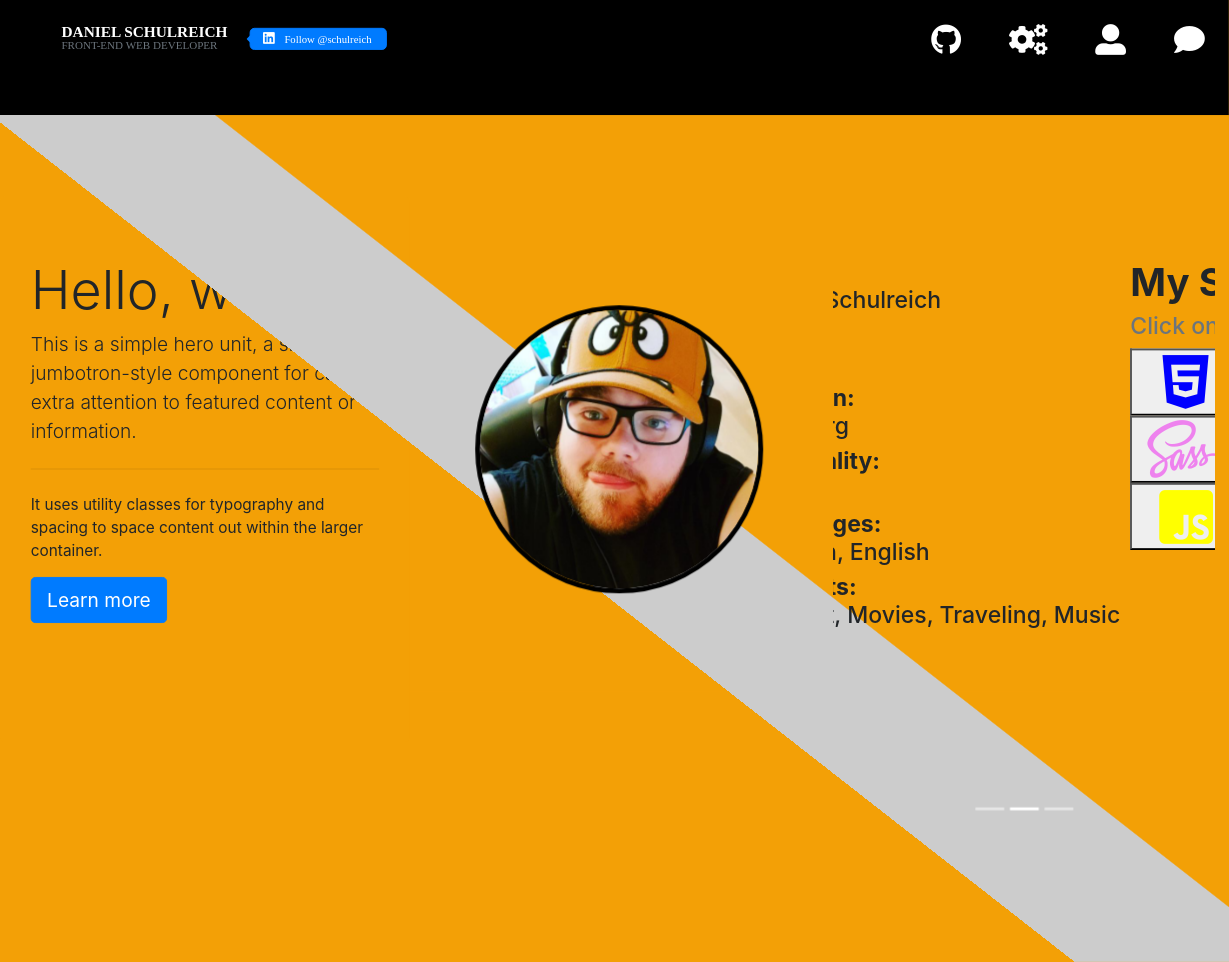
Repository: schulreich/my_portfolio
Page: portfolio.html
The author's editor kept a copy of each file at every save. The page is drawn from the files as they stood at one save, then again after the next save.
The browser window is 1280 px wide. The pictures show the whole page, at 96% of full size.
Some web fonts or font styles are not loaded; a fallback is used. Some web libraries are served in a nearby version.

Above is the page before, as saved 2020-06-17 22:40:48.

### portfolio.html
<!DOCTYPE html>
<html lang="en">
<head>
    <meta charset="UTF-8">
    <meta name="viewport" content="width=device-width, initial-scale=1.0">
    <meta http-equiv="X-UA-Compatible" content="ie=edge">
    <link rel="stylesheet" href="https://stackpath.bootstrapcdn.com/bootstrap/4.1.3/css/bootstrap.min.css" integrity="sha384-MCw98/SFnGE8fJT3GXwEOngsV7Zt27NXFoaoApmYm81iuXoPkFOJwJ8ERdknLPMO" crossorigin="anonymous">
    <link rel="stylesheet" href="css/main.css">
    <link rel="stylesheet" href="https://use.fontawesome.com/releases/v5.5.0/css/all.css" integrity="sha384-B4dIYHKNBt8Bc12p+WXckhzcICo0wtJAoU8YZTY5qE0Id1GSseTk6S+L3BlXeVIU" crossorigin="anonymous">

    <title>Document</title>
</head>
<body>
    <header>
        <div class="row">
            <div class="name">DANIEL SCHULREICH</div>
            <div class="title text-muted"><small>FRONT-END WEB DEVELOPER</small></div>
            <a class="btn btn-primary btn-sm follow d-none d-lg-block" href="https://www.linkedin.com/in/daniel-schulreich-a5347617b/" target="_blank" role="button"><i class="fab fa-linkedin "></i><i class="fas fa-arrow-left arrow-left text-primary"></i><small>Follow @schulreich</small></a>

            <div class="nav">
                    <ul>
                        <li class="home"><i class="fab fa-github fa-2x nav-icon"></i><a href="https://github.com/schulreich" target="_blank">GitHub</a>
                        </li>
                        <li class="about"><i class="fas fa-cogs fa-2x nav-icon"></i><a href="skills">Skills</a>
                        </li>
                        <li class="code"><i class="fas fa-user-alt fa-2x nav-icon"></i><a href="#about">About</a>
                        </li>
                        <li class="contact"><i class="icon fa fa-comment fa-2x nav-icon"></i><a href="#contact">Contact</a>
                        </li>
                    </ul>
                </div>


        </div>
    </header>

    <section class="project-modal">

    <div class="modal fade bd-example-modal-lg" tabindex="-1" role="dialog" aria-labelledby="myLargeModalLabel" aria-hidden="true">
            <div class="modal-dialog modal-lg">
              <div class="modal-content">
                <div class="modal-header">
                  <h5 class="modal-title" id="exampleModalLabel"><strong>JavaScript Boardgame</strong></h5>
                  <button type="button" class="close" data-dismiss="modal" aria-label="Close">
                    <span aria-hidden="true">&times;</span>
                  </button>
                </div>
                <div class="modal-body modal-align">
                    <img class="modal-img" src="images/boardgame.png" alt="">
                </div>
                <div class="modal-footer">
                  <button type="button" class="btn btn-secondary" data-dismiss="modal">Open Website</button>
                  <a href="" class="btn btn-primary btn-lg active" role="button" aria-pressed="true">Primary link</a>
                </div>
              </div>
            </div>
          </div>

          <div class="modal fade bd-cards-example-modal-lg" tabindex="-1" role="dialog" aria-labelledby="myLargeModalLabel" aria-hidden="true">
                <div class="modal-dialog modal-lg">
                  <div class="modal-content">
                    <div class="modal-header">
                      <h5 class="modal-title" id="exampleModalLabel"><strong>Bootstrap Moviefestival website</strong></h5>
                      <button type="button" class="close" data-dismiss="modal" aria-label="Close">
                        <span aria-hidden="true">&times;</span>
                      </button>
                    </div>
                    <div class="modal-body modal-align">
                        <img class="modal-img" src="images/moviefestival.png" alt="">
                    </div>
                    <div class="modal-footer">
                      <a href="https://schulreich.github.io/project-movie-festival/" target="_blank" class="btn btn-primary btn-lg active" role="button" aria-pressed="true">Primary link</a>
                      <button type="button" class="btn btn-secondary" data-dismiss="modal">Close</button>
                    </div>
                  </div>
                </div>
              </div>


              <div class="modal fade bd-grid-example-modal-lg" tabindex="-1" role="dialog" aria-labelledby="myLargeModalLabel" aria-hidden="true">
                    <div class="modal-dialog modal-lg">
                      <div class="modal-content">
                        <div class="modal-header">
                          <h5 class="modal-title" id="exampleModalLabel"><strong>React Restaurant review website</strong></h5>
                          <button type="button" class="close" data-dismiss="modal" aria-label="Close">
                            <span aria-hidden="true">&times;</span>
                          </button>
                        </div>
                        <div class="modal-body modal-align">
                            <img class="modal-img" src="images/restaurantreview.png" alt="">
                        </div>
                        <div class="modal-footer">
                          <button type="button" class="btn btn-secondary" data-dismiss="modal">Open Website</button>
                          <button type="button" class="btn btn-primary">Open GitHub</button>
                        </div>
                      </div>
                    </div>
                  </div>


          <div class="modal fade bd-register-example-modal-lg" tabindex="-1" role="dialog" aria-labelledby="myLargeModalLabel" aria-hidden="true">
                <div class="modal-dialog modal-lg">
                  <div class="modal-content">
                    <div class="modal-header">
                      <h5 class="modal-title" id="exampleModalLabel"><strong>#Register</strong></h5>
                      <button type="button" class="close" data-dismiss="modal" aria-label="Close">
                        <span aria-hidden="true">&times;</span>
                      </button>
                    </div>
                    <div class="modal-body modal-align">
                        <img class="modal-img" src="images/thumbnail-4.png" alt="">
                    </div>
                    <div class="modal-footer">
                      <button type="button" class="btn btn-secondary" data-dismiss="modal">Open Website</button>
                      <button type="button" class="btn btn-primary">Open GitHub</button>
                    </div>
                  </div>
                </div>
              </div>

    </section>

    <section class="skill-modal">

    <section class="container-fluid intro-section">

        <div class="row">
             <div class="intro col-lg-4 col-md-5 jumbotron">
                <h1 class="display-4">Hello, world!</h1>
                     <p class="lead">This is a simple hero unit, a simple jumbotron-style component for calling extra attention to featured content or information.</p>
                <hr class="my-4">
                     <p>It uses utility classes for typography and spacing to space content out within the larger container.</p>
                            <a class="btn btn-primary btn-lg" href="#" role="button">Learn more</a>
          </div>


          <div class="col-lg-4 d-none d-lg-block move">
              <img class="skew" src="https://dummyimage.com/200x753/000/000" alt="">
              <img class="rounded-circle " src="images/test.jpeg" alt="">
          </div>

<aside id="carouselExampleIndicators" class="col-lg-4 personal-information carousel slide" data-ride="carousel">
        <ol class="carousel-indicators">
                <li data-target="#carouselExampleIndicators" data-slide-to="0" class="active"></li>
                <li data-target="#carouselExampleIndicators" data-slide-to="1"></li>
                <li data-target="#carouselExampleIndicators" data-slide-to="2"></li>
              </ol>
    <div class="carousel-inner">
        <div class="carousel-item active">
              <h4><strong>Name:</strong> <br> Daniel Schulreich</h4>
              <h4><strong>Age:</strong> <br> 32</h4>
              <h4><strong>Location:</strong> <br> Duisburg</h4>
              <h4><strong>Nationality:</strong> <br> Austria</h4>
              <h4><strong>Languages:</strong> <br> German, English</h4>
              <h4><strong>Interests:</strong> <br> E-Sport, Movies, Traveling, Music</h4>
        </div>
        <div class="carousel-item">
            <aside class="skills"> <!-- text-center -->
              <h1><strong>My Skills</strong></h1>
              <h4 class="text-muted">Click on Icons for more Details</h4>
              <div class="y">
                <!--  justify-content-center -->
                <div class="row">
                  <div class="col-lg-4"><button class="skill-button"><i class="fab fa-html5 fa-4x" ></i></button></div>
                  <div class="col-lg-4"><button class="skill-button"><i class="fab fa-css3-alt fa-4x"></i></button></div>
                </div>
                <div class="row">
                  <div class="col-lg-4"><button class="skill-button"><i class="fab fa-sass fa-4x"></i></button></div>
                    <div class="col-lg-4"><button class="skill-button"><i class="fab fa-react fa-4x"></i></button></div>
                </div>
                <div class="row">
                  <div class="col-lg-4"><button class="skill-button"><i class="fab fa-js-square fa-4x"></i></button></div>
                  <div class="col-lg-4"></div>
                </div>
              </div>
            </aside>
        </div>
        <div class="carousel-item">
            <aside class="projects">
                <h1>Projects</h1>
                <h4 class="text-muted">Select Thumbnail</h4>

                <img src="images/boardgame.png" class="img-thumbnail thumbnail" data-toggle="modal" data-target=".bd-example-modal-lg" alt="...">
                <img src="images/moviefestival.png" class="img-thumbnail thumbnail" data-toggle="modal" data-target=".bd-cards-example-modal-lg" alt="..."> <br>
                <img src="images/restaurantreview.png" class="img-thumbnail thumbnail" data-toggle="modal" data-target=".bd-grid-example-modal-lg" alt="...">
                <img src="images/thumbnail-4.png" class="img-thumbnail thumbnail" data-toggle="modal" data-target=".bd-register-example-modal-lg" alt="...">
            </aside>
        </div>
    </div>
</aside>

    </div>

    </section>









    <script src="https://code.jquery.com/jquery-3.3.1.slim.min.js" integrity="sha384-q8i/X+965DzO0rT7abK41JStQIAqVgRVzpbzo5smXKp4YfRvH+8abtTE1Pi6jizo" crossorigin="anonymous"></script>
<script src="https://cdnjs.cloudflare.com/ajax/libs/popper.js/1.14.3/umd/popper.min.js" integrity="sha384-ZMP7rVo3mIykV+2+9J3UJ46jBk0WLaUAdn689aCwoqbBJiSnjAK/l8WvCWPIPm49" crossorigin="anonymous"></script>
<script src="https://stackpath.bootstrapcdn.com/bootstrap/4.1.3/js/bootstrap.min.js" integrity="sha384-ChfqqxuZUCnJSK3+MXmPNIyE6ZbWh2IMqE241rYiqJxyMiZ6OW/JmZQ5stwEULTy" crossorigin="anonymous"></script>
</body>
</html>

### css/main.css
@import url("https://fonts.googleapis.com/css?family=Coda");
@keyframes mymove {
  0% {
    left: 16%;
  }
  100% {
    left: 25%;
  }
}
@keyframes myskew {
  0% {
    transform: skew(52deg);
  }
  100% {
    transform: skew(0deg);
  }
}
@keyframes myfade {
  0% {
    opacity: 0;
  }
  25% {
    opacity: 0;
  }
  50% {
    opacity: 0.6;
  }
  75% {
    opacity: 0.8;
  }
  100% {
    opacity: 1;
  }
}
body {
  background-color: #f3a006;
}

header {
  background-color: black;
  height: 120px;
  font-family: "Coda";
}
header .name {
  position: absolute;
  left: 5%;
  top: 3%;
  color: white;
  font-weight: bolder;
}
header .title {
  position: absolute;
  top: 5%;
  left: 5%;
  color: white;
  font-size: 0.9em;
}
header .follow {
  position: absolute;
  left: 260px;
  top: 4%;
  border-radius: 5px;
  padding-top: 0;
  padding-bottom: 0;
  padding-right: 15px;
  padding-left: 3px;
}
header .arrow-left {
  position: absolute;
  left: -10%;
  top: 18%;
}
header .nav-icon {
  color: white;
}
header i {
  padding: 0 10px;
}
header ul {
  list-style-type: none;
}
header .nav ul {
  margin: 0;
  padding: 0;
  position: absolute;
  top: 10px;
  right: 0;
  font-size: 0px;
}
header .nav ul li {
  font-size: 12pt;
  display: inline-block;
  padding: 15px;
  transition: all 0.2s ease-in-out;
}
header .nav ul li a {
  font-family: FontAwesome;
  color: lime;
  font-size: 22pt;
  text-decoration: none;
}
header .nav ul .home .about .code .contact {
  background: black;
}
header .nav ul li i {
  display: block;
}
header .nav ul li a {
  display: none;
}
header .nav ul li:hover i {
  display: none;
}
header .nav ul li:hover a {
  display: block;
}
header .nav a:hover {
  color: lime;
}

.modal-img {
  width: 600px;
}

.modal-align {
  padding-left: 6rem;
}

.modal-header {
  background-color: #f3a006;
}

.modal-body {
  background-color: black;
}

.intro-section {
  background-color: #f3a006;
  /*}
  .rounded-circle:hover{
      left: 25%;
      transition: 2s left;
  }*/
}
.intro-section .intro {
  background-color: #f3a006;
  top: 85px;
}
.intro-section .skew {
  transform: skew(52deg);
  position: absolute;
  height: 147%;
  left: 30%;
  animation: myskew 2s 1 ease;
  animation-fill-mode: forwards;
}
.intro-section .rounded-circle {
  position: absolute;
  border: solid 5px black;
  height: 300px;
  width: 300px;
  left: 16%;
  top: 33%;
  animation: mymove 2s 1 ease;
  animation-fill-mode: forwards;
}
.intro-section .personal-information {
  position: relative;
  top: 150px;
  animation: myfade 5s 1 ease;
  transition-delay: 3s;
}
.intro-section .carousel-inner {
  height: 600px;
}
.intro-section .skill-button {
  width: 115px;
}
.intro-section .fa-html5 {
  color: blue;
}
.intro-section .fa-css3-alt {
  color: pink;
}
.intro-section .fa-sass {
  color: violet;
}
.intro-section .fa-react {
  color: skyblue;
  width: 100px;
}
.intro-section .fa-js-square {
  color: yellow;
  width: 100px;
}
.intro-section .thumbnail {
  width: 200px;
  height: 200px;
}

After the next save:
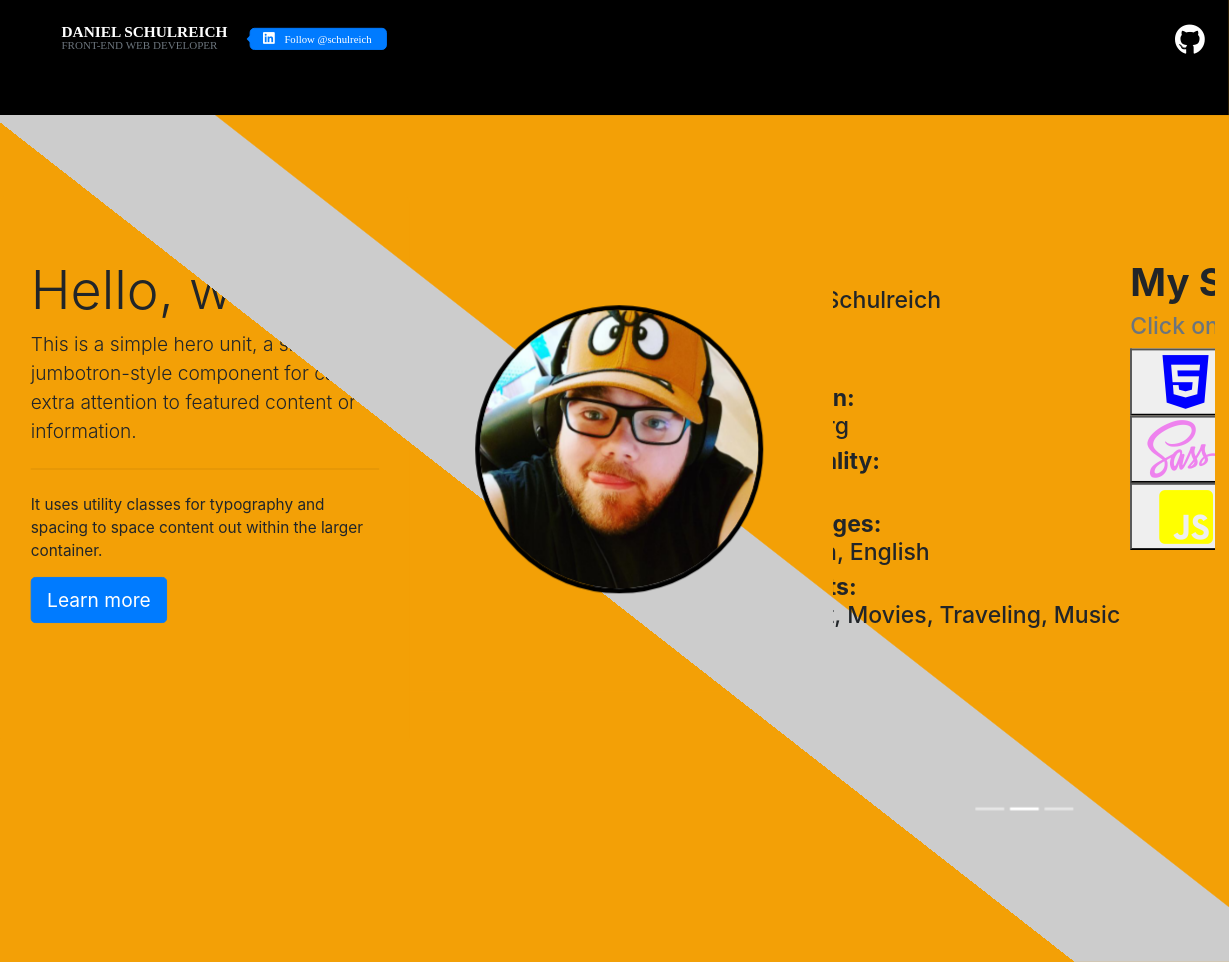
Saved 2 min 9 s later.
--- a/portfolio.html
+++ b/portfolio.html
@@ -20,12 +20,6 @@
             <div class="nav">
                     <ul>
                         <li class="home"><i class="fab fa-github fa-2x nav-icon"></i><a href="https://github.com/schulreich" target="_blank">GitHub</a>
-                        </li>
-                        <li class="about"><i class="fas fa-cogs fa-2x nav-icon"></i><a href="skills">Skills</a>
-                        </li>
-                        <li class="code"><i class="fas fa-user-alt fa-2x nav-icon"></i><a href="#about">About</a>
-                        </li>
-                        <li class="contact"><i class="icon fa fa-comment fa-2x nav-icon"></i><a href="#contact">Contact</a>
                         </li>
                     </ul>
                 </div>
